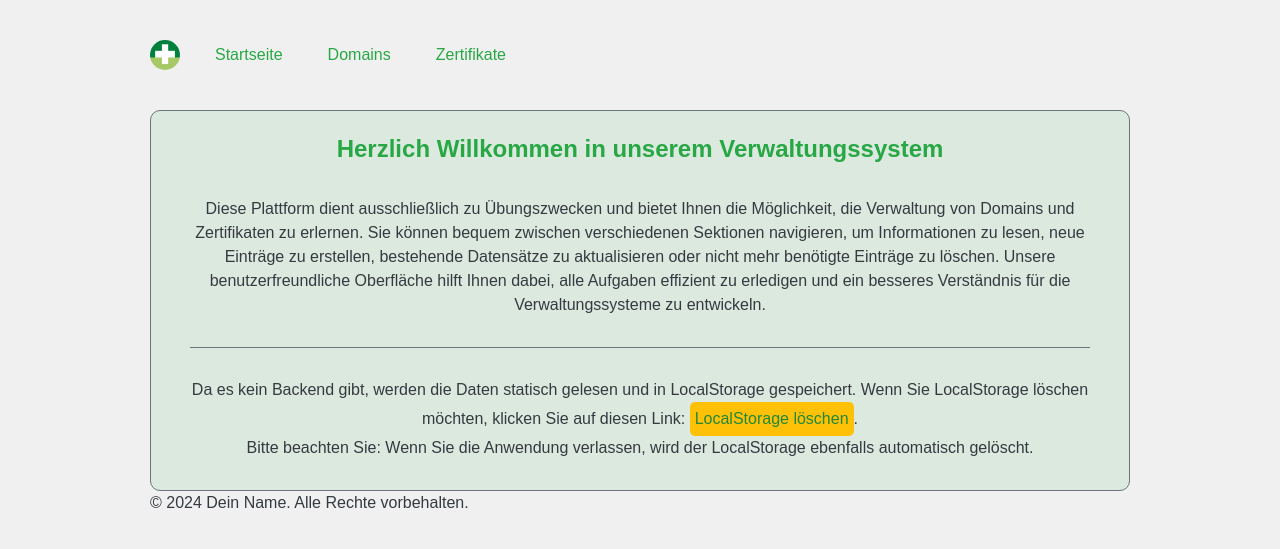
Repository: bajricadmir/verwaltungssystem-vanilla-html-css
Page: index.html
These files come from the project's save history. The page is drawn as it stood at one moment and after the next save; the edit follows.
The browser window is 1280 px wide. The pictures show the whole page.

Above is the page before, as saved 2024-10-14 12:01:12.

### index.html
<!DOCTYPE html>
<html lang="en">
  <head>
    <meta charset="UTF-8" />
    <meta name="viewport" content="width=device-width, initial-scale=1.0" />
    <link
      rel="shortcut icon"
      href="./assets/images/favicon.ico"
      type="image/x-icon"
    />
    <link rel="stylesheet" href="style.css" />
    <title>Verwaltungssystem</title>
  </head>
  <body>
    <header class="header">
      <nav class="navigation">
        <img src="./assets/images/favicon.ico" alt="Logo" class="logo" />

        <ul class="nav-list">
          <li class="nav-item">
            <a class="nav-link" href="#home">Startseite</a>
          </li>
          <li class="nav-item">
            <a class="nav-link" href="#about">Domains</a>
          </li>
          <li class="nav-item">
            <a class="nav-link" href="#contact">Zertifikate</a>
          </li>
        </ul>
      </nav>
    </header>

    <main class="main-content">
      <section class="content-section">
        <h1 class="alert-heading">
          Herzlich Willkommen in unserem Verwaltungssystem
        </h1>
        <p class="content-paragraph">
          Diese Plattform dient ausschließlich zu Übungszwecken und bietet Ihnen
          die Möglichkeit, die Verwaltung von Domains und Zertifikaten zu
          erlernen. Sie können bequem zwischen verschiedenen Sektionen
          navigieren, um Informationen zu lesen, neue Einträge zu erstellen,
          bestehende Datensätze zu aktualisieren oder nicht mehr benötigte
          Einträge zu löschen. Unsere benutzerfreundliche Oberfläche hilft Ihnen
          dabei, alle Aufgaben effizient zu erledigen und ein besseres
          Verständnis für die Verwaltungssysteme zu entwickeln.
        </p>
      </section>

      <div class="divider"></div>

      <section class="content-section">
        <p class="content-paragraph">
          Da es kein Backend gibt, werden die Daten statisch gelesen und in
          LocalStorage gespeichert. Wenn Sie LocalStorage löschen möchten,
          klicken Sie auf diesen Link:
          <button type="button" class="btn">LocalStorage löschen</button>.<br />
          Bitte beachten Sie: Wenn Sie die Anwendung verlassen, wird der
          LocalStorage ebenfalls automatisch gelöscht.
        </p>
      </section>
    </main>

    <footer>
      <p>&copy; 2024 Dein Name. Alle Rechte vorbehalten.</p>
    </footer>
  </body>
</html>

### style.css
:root {
  --primary-color: #007bff;
  --secondary-color: #6c757d;
  --success-color: #28a745;
  --success-color-hover: #218838;
  --success-color-bgc: #d4edda;
  --danger-color: #dc3545;
  --warning-color: #ffc107;
  --info-color: #17a2b8;
  --light-color: #f8f9fa;
  --dark-color: #343a40;

  --font-size-base: 16px;
  --font-family-base: "Arial", sans-serif;
  --background-color: #f0f0f0;
}

* {
  margin: 0;
  padding: 0;
  box-sizing: border-box;
}

html,
body {
  height: 100%;
  font-family: var(--font-family-base);
  line-height: 1.5;
}

body {
  padding: 40px 150px;
  background-color: var(--background-color);
  color: var(--dark-color);
}

ul {
  list-style: none;
}

a {
  text-decoration: none;
  color: inherit;
}

button {
  background: none;
  border: none;
  padding: 0;
  font: inherit;
  color: inherit;
  text-align: inherit;
  cursor: pointer;
  outline: none;
  transition: background-color 0.3s, color 0.3s;
}

table {
  border-collapse: collapse;
  width: 100%;
}

.navigation {
  display: flex;
  align-items: center;
}

.logo {
  width: 30px;
  height: 30px;
  border-radius: 50%;
  margin-right: 20px;
}

.nav-list {
  display: flex;
  align-items: center;
}

.nav-item {
  margin-right: 15px;
}

.nav-item:last-child {
  margin-right: 0;
}

.nav-item a {
  color: var(--success-color);
  transition: color 0.3s ease;
  padding: 10px 15px;
  border-radius: 5px;
}

.nav-item a:hover {
  color: var(--success-color-hover);
  background-color: rgba(40, 167, 69, 0.1);
}

.main-content {
  display: flex;
  flex-direction: column;
  align-items: center;
  margin-top: 40px;
  background-color: rgba(40, 167, 69, 0.1);
  padding: 20px 15px;
  border: 0.1px solid var(--secondary-color);
  border-radius: 10px;
}

.content-section {
  text-align: center;
}

.alert-heading {
  color: var(--success-color);
  padding-bottom: 20px;
}

.content-paragraph {
  padding: 10px;
}

.divider {
  width: 95%;
  height: 1px;
  background-color: var(--secondary-color);
  margin: 20px 0;
}

.btn {
  padding: 5px;
  background-color: var(--warning-color);
  color: var(--success-color-hover);
  border-radius: 5px;
}

After the next save:
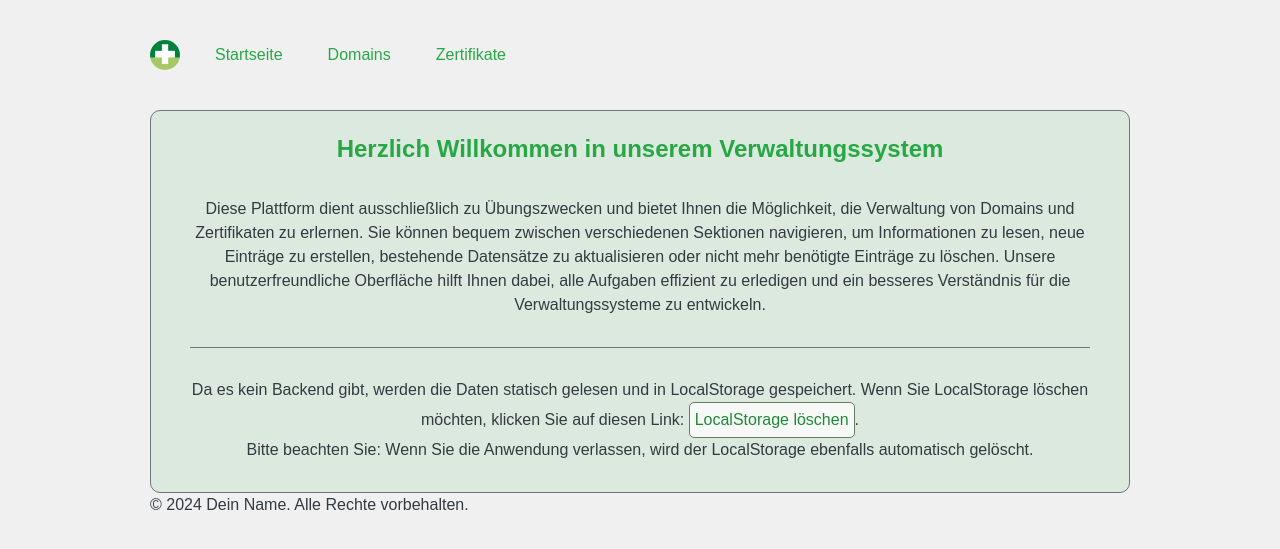
Saved 31 min 31 s later.
--- a/style.css
+++ b/style.css
@@ -129,8 +129,9 @@ table {
 }
 
 .btn {
+  border: 0.1px solid #667c64;
   padding: 5px;
-  background-color: var(--warning-color);
+  background-color: #f7f9f7;
   color: var(--success-color-hover);
   border-radius: 5px;
 }
